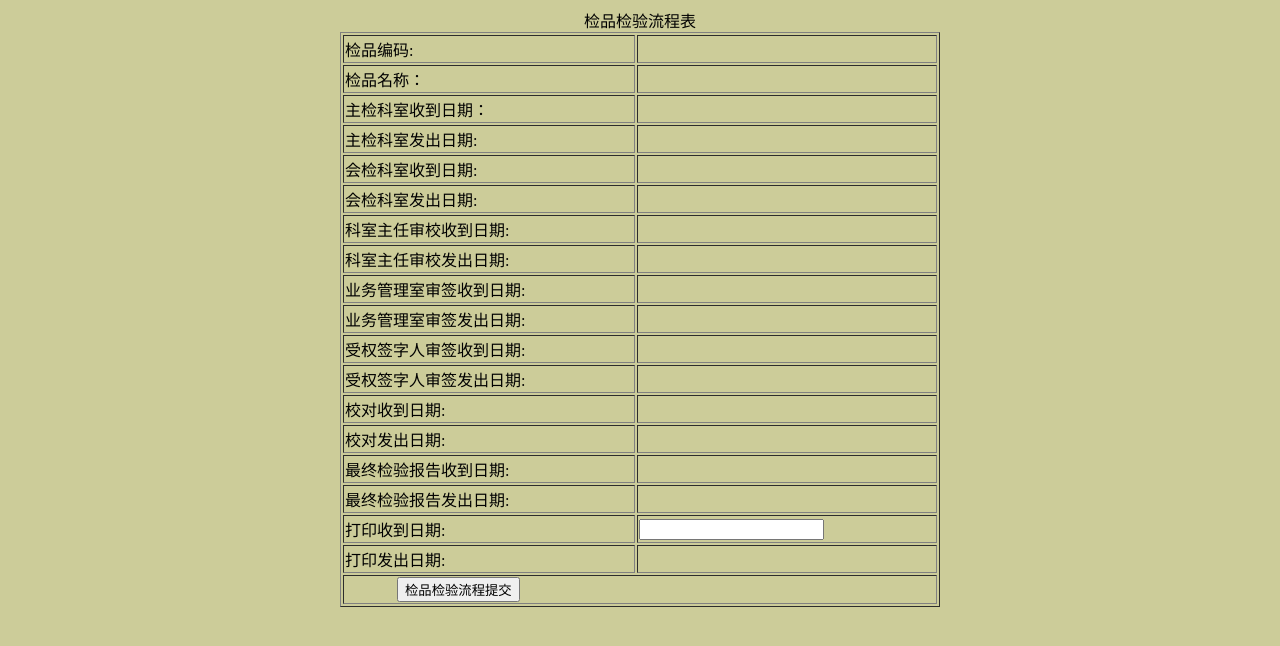
Repository: Shaoxubao/Java
Page: http://localhost/msm/jsp/reference/reportcommit_result.jsp
The author's editor kept a copy of each file at every save. The page is drawn from the files as they stood at one save, then again after the next save.
The browser window is 1280 px wide. The pictures show the whole page.
The page is served by Tomcat 9. Nobody is signed in. The application's start-up code is not run. The template is opened directly, without the code that normally fills it, so the values that code supplies are empty.

Above is the page before, as saved 2015-06-16 13:52:12.

After the next save:
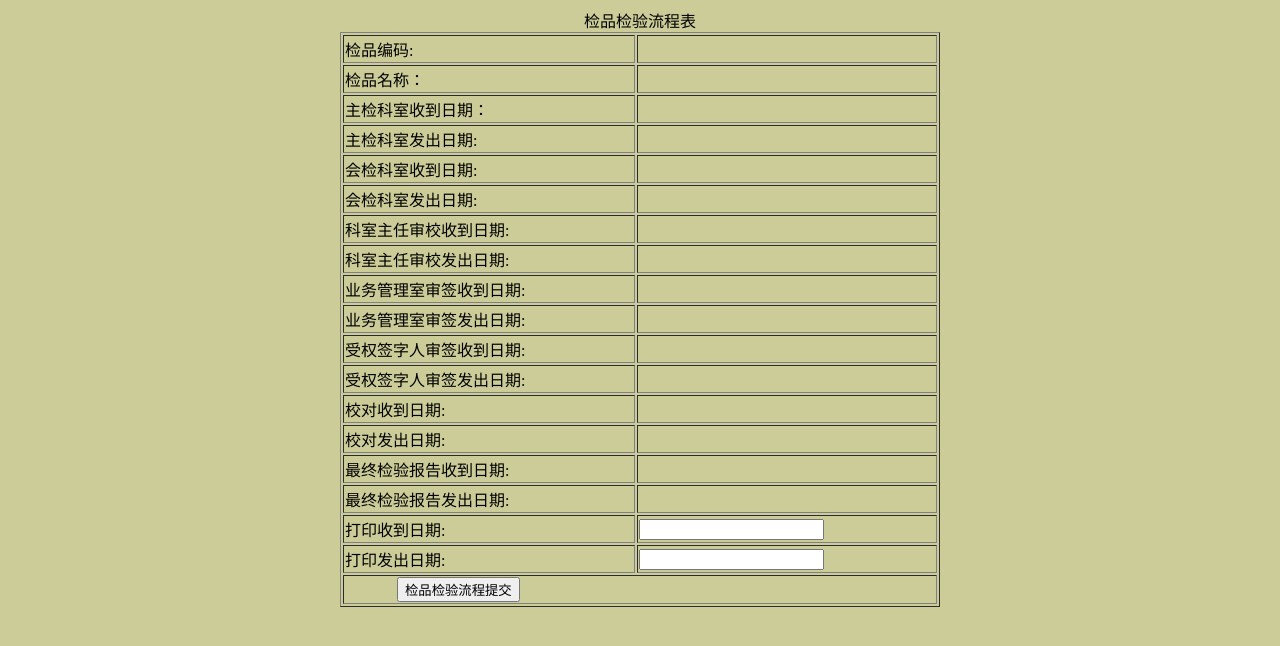
Saved 23 s later.
--- a/msm/WebContent/jsp/reference/reportcommit_result.jsp
+++ b/msm/WebContent/jsp/reference/reportcommit_result.jsp
@@ -63,7 +63,7 @@
                 <td>打印收到日期:</td><td><sf:input path="printRev" /><sf:errors path="printRev"/></td>
             </tr>
             <tr>
-                <td>打印发出日期:</td><td><sf:errors path="printSend"/></td>
+                <td>打印发出日期:</td><td><sf:input path="printSend" /><sf:errors path="printSend"/></td>
             </tr>
 
             <tr>
